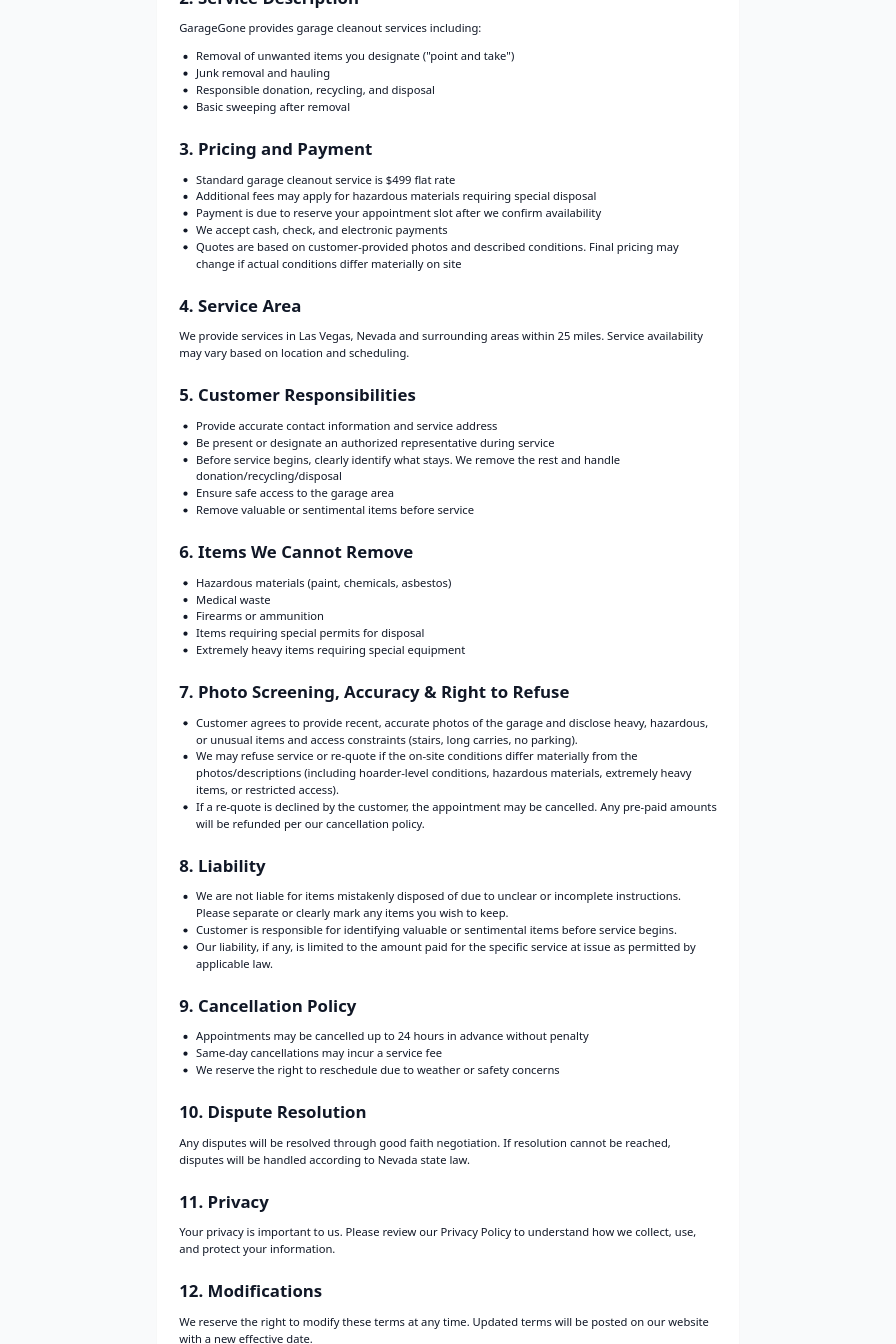
Repository: nikwhite1169/garagegone
Page: terms-of-service.html
These files come from the project's save history. The page is drawn as it stood at one moment and after the next save; the edit follows.
The browser window is 1280 px wide. The pictures show the part of the page from y = 416 to 2336 px (the page is 2820 px tall before and 2916 px after), at 70% of full size.
Some web libraries are served in a nearby version.

Above is the page before, as saved 2025-09-16 00:23:10.

### terms-of-service.html
<!DOCTYPE html>
<html lang="en">
<head>
    <meta charset="UTF-8">
    <meta name="viewport" content="width=device-width, initial-scale=1.0">
    <title>Terms of Service - GarageGone</title>
    <meta name="description" content="Terms of Service for GarageGone garage cleanout service. Learn about our service terms and conditions.">

    <!-- Favicons -->
    <link rel="apple-touch-icon" sizes="180x180" href="assets/apple-touch-icon.png">
    <link rel="icon" type="image/png" sizes="32x32" href="assets/favicon-32x32.png">
    <link rel="icon" type="image/png" sizes="16x16" href="assets/favicon-16x16.png">
    <link rel="manifest" href="assets/site.webmanifest">
    <link rel="icon" type="image/x-icon" href="assets/favicon.ico">

    <!-- Tailwind CSS CDN -->
    <script src="https://cdn.tailwindcss.com"></script>

    <!-- Custom Tailwind Config -->
    <script>
        tailwind.config = {
            theme: {
                extend: {
                    colors: {
                        'brand-blue': '#1e3a8a',
                        'brand-green': '#22c55e',
                    }
                }
            }
        }
    </script>
</head>
<body class="bg-gray-50 text-gray-900">
    <!-- Header -->
    <header class="bg-white shadow-sm">
        <div class="max-w-7xl mx-auto px-4 sm:px-6 lg:px-8">
            <div class="flex justify-between items-center py-4">
                <div class="flex items-center">
                    <a href="index.html" class="text-2xl font-bold text-brand-blue">GarageGone</a>
                    <span class="ml-2 text-sm text-gray-600">Powered by ParkAgain</span>
                </div>
                <div class="flex space-x-4">
                    <a href="index.html" class="text-gray-600 hover:text-brand-blue">Home</a>
                    <a href="tel:+7028501775" class="bg-brand-blue text-white px-4 py-2 rounded-lg font-semibold hover:bg-blue-800 transition-colors">
                        Call Now
                    </a>
                </div>
            </div>
        </div>
    </header>

    <!-- Main Content -->
    <main class="max-w-4xl mx-auto px-4 sm:px-6 lg:px-8 py-12">
        <div class="bg-white rounded-lg shadow-sm p-8">
            <h1 class="text-3xl font-bold text-gray-900 mb-6">Terms of Service</h1>
            <p class="text-gray-600 mb-8">Last updated: September 15, 2025</p>

            <div class="prose prose-lg max-w-none">
                <h2 class="text-2xl font-bold text-gray-900 mt-8 mb-4">1. Acceptance of Terms</h2>
                <p class="mb-6">By using GarageGone services, you agree to these Terms of Service. If you do not agree to these terms, please do not use our services.</p>

                <h2 class="text-2xl font-bold text-gray-900 mt-8 mb-4">2. Service Description</h2>
                <p class="mb-4">GarageGone provides garage cleanout services including:</p>
                <ul class="list-disc pl-6 mb-6">
                  <li>Removal of unwanted items you designate ("point and take")</li>
                  <li>Junk removal and hauling</li>
                  <li>Responsible donation, recycling, and disposal</li>
                  <li>Basic sweeping after removal</li>
                </ul>

                <h2 class="text-2xl font-bold text-gray-900 mt-8 mb-4">3. Pricing and Payment</h2>
                <ul class="list-disc pl-6 mb-6">
                    <li>Standard garage cleanout service is $499 flat rate</li>
                    <li>Additional fees may apply for hazardous materials requiring special disposal</li>
                    <li>Payment is due to reserve your appointment slot after we confirm availability</li>
                    <li>We accept cash, check, and electronic payments</li>
                    <li>Quotes are based on customer-provided photos and described conditions. Final pricing may change if actual conditions differ materially on site</li>
                </ul>

                <h2 class="text-2xl font-bold text-gray-900 mt-8 mb-4">4. Service Area</h2>
                <p class="mb-6">We provide services in Las Vegas, Nevada and surrounding areas within 25 miles. Service availability may vary based on location and scheduling.</p>

                <h2 class="text-2xl font-bold text-gray-900 mt-8 mb-4">5. Customer Responsibilities</h2>
                <ul class="list-disc pl-6 mb-6">
                    <li>Provide accurate contact information and service address</li>
                    <li>Be present or designate an authorized representative during service</li>
                    <li>Before service begins, clearly identify what stays. We remove the rest and handle donation/recycling/disposal</li>
                    <li>Ensure safe access to the garage area</li>
                    <li>Remove valuable or sentimental items before service</li>
                </ul>

                <h2 class="text-2xl font-bold text-gray-900 mt-8 mb-4">6. Items We Cannot Remove</h2>
                <ul class="list-disc pl-6 mb-6">
                    <li>Hazardous materials (paint, chemicals, asbestos)</li>
                    <li>Medical waste</li>
                    <li>Firearms or ammunition</li>
                    <li>Items requiring special permits for disposal</li>
                    <li>Extremely heavy items requiring special equipment</li>
                </ul>

                <h2 class="text-2xl font-bold text-gray-900 mt-8 mb-4">7. Photo Screening, Accuracy & Right to Refuse</h2>
                <ul class="list-disc pl-6 mb-6">
                  <li>Customer agrees to provide recent, accurate photos of the garage and disclose heavy, hazardous, or unusual items and access constraints (stairs, long carries, no parking).</li>
                  <li>We may refuse service or re-quote if the on-site conditions differ materially from the photos/descriptions (including hoarder-level conditions, hazardous materials, extremely heavy items, or restricted access).</li>
                  <li>If a re-quote is declined by the customer, the appointment may be cancelled. Any pre-paid amounts will be refunded per our cancellation policy.</li>
                </ul>

                <h2 class="text-2xl font-bold text-gray-900 mt-8 mb-4">8. Liability</h2>
                <ul class="list-disc pl-6 mb-6">
                  <li>We are not liable for items mistakenly disposed of due to unclear or incomplete instructions. Please separate or clearly mark any items you wish to keep.</li>
                  <li>Customer is responsible for identifying valuable or sentimental items before service begins.</li>
                  <li>Our liability, if any, is limited to the amount paid for the specific service at issue as permitted by applicable law.</li>
                </ul>

                <h2 class="text-2xl font-bold text-gray-900 mt-8 mb-4">9. Cancellation Policy</h2>
                <ul class="list-disc pl-6 mb-6">
                    <li>Appointments may be cancelled up to 24 hours in advance without penalty</li>
                    <li>Same-day cancellations may incur a service fee</li>
                    <li>We reserve the right to reschedule due to weather or safety concerns</li>
                </ul>

                <h2 class="text-2xl font-bold text-gray-900 mt-8 mb-4">10. Dispute Resolution</h2>
                <p class="mb-6">Any disputes will be resolved through good faith negotiation. If resolution cannot be reached, disputes will be handled according to Nevada state law.</p>

                <h2 class="text-2xl font-bold text-gray-900 mt-8 mb-4">11. Privacy</h2>
                <p class="mb-6">Your privacy is important to us. Please review our Privacy Policy to understand how we collect, use, and protect your information.</p>

                <h2 class="text-2xl font-bold text-gray-900 mt-8 mb-4">12. Modifications</h2>
                <p class="mb-6">We reserve the right to modify these terms at any time. Updated terms will be posted on our website with a new effective date.</p>

                <h2 class="text-2xl font-bold text-gray-900 mt-8 mb-4">13. Contact Information</h2>
                <p class="mb-4">For questions about these terms or our services:</p>
                <ul class="list-none mb-6">
                    <li class="mb-2">📞 Phone: (702) 850-1775</li>
                    <li class="mb-2">📧 Email: info@garagegone.com</li>
                    <li class="mb-2">📍 Address: Las Vegas, NV</li>
                </ul>

                <p class="text-sm text-gray-600 mt-8">By scheduling a service with GarageGone, you acknowledge that you have read, understood, and agree to these Terms of Service.</p>
            </div>
        </div>
    </main>

    <!-- Footer -->
    <footer class="bg-gray-900 text-white py-8">
        <div class="max-w-7xl mx-auto px-4 sm:px-6 lg:px-8 text-center">
            <p class="text-gray-400">&copy; 2025 GarageGone. All rights reserved. Powered by ParkAgain.</p>
            <div class="mt-2 space-x-4">
                <a href="privacy-policy.html" class="text-gray-400 hover:text-white">Privacy Policy</a>
                <a href="terms-of-service.html" class="text-gray-400 hover:text-white">Terms of Service</a>
            </div>
        </div>
    </footer>
</body>
</html>

After the next save:
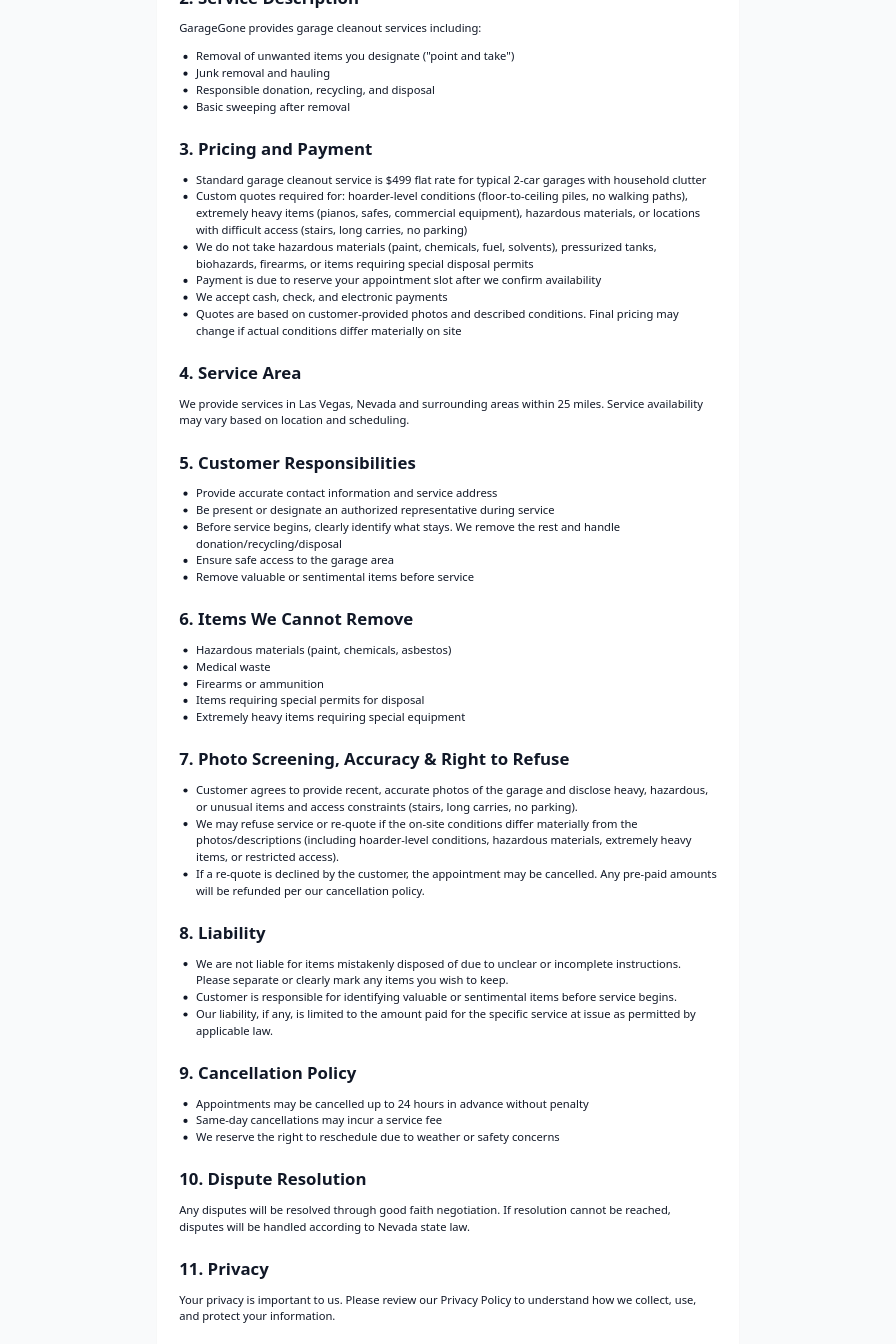
Saved 11 s later.
--- a/terms-of-service.html
+++ b/terms-of-service.html
@@ -70,8 +70,9 @@
 
                 <h2 class="text-2xl font-bold text-gray-900 mt-8 mb-4">3. Pricing and Payment</h2>
                 <ul class="list-disc pl-6 mb-6">
-                    <li>Standard garage cleanout service is $499 flat rate</li>
-                    <li>Additional fees may apply for hazardous materials requiring special disposal</li>
+                    <li>Standard garage cleanout service is $499 flat rate for typical 2-car garages with household clutter</li>
+                    <li>Custom quotes required for: hoarder-level conditions (floor-to-ceiling piles, no walking paths), extremely heavy items (pianos, safes, commercial equipment), hazardous materials, or locations with difficult access (stairs, long carries, no parking)</li>
+                    <li>We do not take hazardous materials (paint, chemicals, fuel, solvents), pressurized tanks, biohazards, firearms, or items requiring special disposal permits</li>
                     <li>Payment is due to reserve your appointment slot after we confirm availability</li>
                     <li>We accept cash, check, and electronic payments</li>
                     <li>Quotes are based on customer-provided photos and described conditions. Final pricing may change if actual conditions differ materially on site</li>
